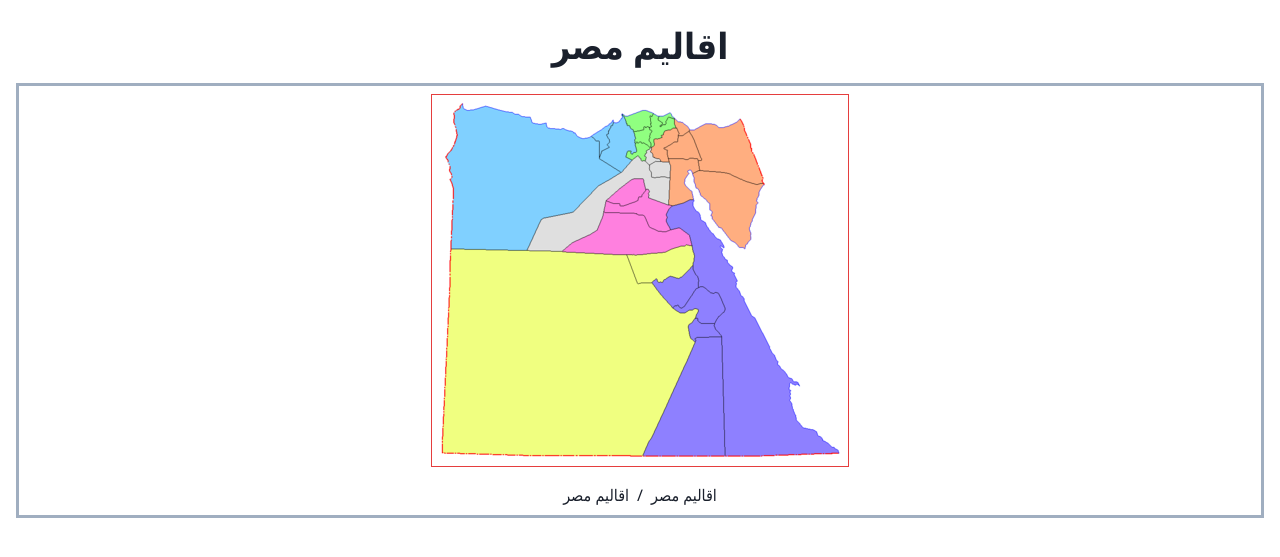
Repository: ahmed-mohamed-eng/egypt-gov-map
Page: /
An editor plug-in stored every save of this project. The page is shown before and after the next save, followed by the edit.
The browser window is 1280 px wide. The pictures show the whole page.
Some web fonts or font styles are not loaded; a fallback is used. The project was rebuilt for these pictures with package versions that can differ from the ones it lists, and the page was loaded fresh each time. The framework's server and built-in components were replaced by stand-ins that run in the browser. Also part of the build but not shown: next.config.js.

Above is the page before, as saved 2022-05-28 14:05:30.

### pages/_app.tsx
import "../styles/globals.css";

import type { AppProps } from "next/app";

import { ChakraProvider, extendTheme } from "@chakra-ui/react";

const theme = extendTheme({
  fonts: {
    heading: `"Aref Ruqaa" ,'Segoe UI', Tahoma, Geneva, Verdana, sans-serif`,
  }
});

function MyApp({ Component, pageProps }: AppProps) {
  return (
    <ChakraProvider theme={theme}>
      <Component {...pageProps} />
    </ChakraProvider>
  );
}

export default MyApp;

### pages/_document.tsx
import Document, {
  Html,
  Head,
  Main,
  NextScript,
  DocumentContext,
} from "next/document";

class MyDocument extends Document {
  static async getInitialProps(ctx: DocumentContext) {
    const initialProps = await Document.getInitialProps(ctx);
    return { ...initialProps };
  }

  render() {
    return (
      <Html dir="rtl" lang="ar">
        <Head />
        <body>
          <Main />
          <NextScript />
        </body>
      </Html>
    );
  }
}

export default MyDocument;

### pages/index.tsx
import type { NextPage } from "next";

// Custom Components
import Header from "../components/Header";
import PageContainer from "../components/PageContainer";
import MainContentArea from "../components/MainContentArea";

const Home: NextPage = () => {
  return (
    <PageContainer>
      <Header headerTitle="اقاليم مصر" />
      <MainContentArea />
    </PageContainer>
  );
};

export default Home;

### styles/globals.css
@import url('https://fonts.googleapis.com/css2?family=Aref+Ruqaa:wght@400;700&display=swap');

@tailwind base;
@tailwind components;
@tailwind utilities;

html,
body {
  padding: 0;
  margin: 0;
  font-family: -apple-system, BlinkMacSystemFont, Segoe UI, Roboto, Oxygen,
    Ubuntu, Cantarell, Fira Sans, Droid Sans, Helvetica Neue, sans-serif;
}

a {
  color: inherit;
  text-decoration: none;
}

* {
  box-sizing: border-box;
  font-family: "Aref Ruqaa" ,'Segoe UI', Tahoma, Geneva, Verdana, sans-serif;
}

### components/Header/index.tsx
export { Header as default } from "./Header";

### components/PageContainer/index.tsx
export { PageContainer as default } from "./PageContainer";

### components/MainContentArea/index.tsx
export { MainContentArea as default } from "./MainContentArea";

### components/Header/Header.tsx
import { Flex, Heading } from "@chakra-ui/react";

export interface HeaderProps {
  headerTitle: string;
}

export const Header = (props: HeaderProps) => {
  return (
    <Flex
      as="header"
      justifyContent="center"
      alignItems="center"
      fontSize="1.5rem"
      fontFamily="arabic"
    >
      <Heading as="h1">{props.headerTitle}</Heading>
    </Flex>
  );
};

### components/PageContainer/PageContainer.tsx
import { VStack } from "@chakra-ui/react"

export const PageContainer = (props: any) => {
  return (
    <VStack py="1.5rem" px="1rem" spacing="1rem">
        {props.children}
    </VStack>
  )
}

### components/MainContentArea/MainContentArea.tsx
import { VStack } from "@chakra-ui/react";

// Custom Components.
import MapArea from "./MapArea";
import QuickNavigationArea from "./QuickNavigationArea";

export const MainContentArea = () => {
  return (
    <VStack
      as="main"
      w="full"
      p="0.5rem"
      spacing="1rem"
      borderWidth="medium"
      borderColor="gray.400"
    >
      <MapArea />
      <QuickNavigationArea
        breadcrumbItems={[
          {
            text: "اقاليم مصر",
            url: "#",
          },
          {
            text: "اقاليم مصر",
            url: "#",
          },
        ]}
      />
    </VStack>
  );
};

### components/MainContentArea/MapArea/index.tsx
export { MapArea as default } from "./MapArea";

### components/MainContentArea/QuickNavigationArea/index.tsx
export { QuickNavigationArea as default } from "./QuickNavigationArea";

### components/MainContentArea/MapArea/MapArea.tsx
import { VStack } from "@chakra-ui/react";

// Custom Components.
import MapImage from "./MapImage";

export const MapArea = () => {
  return (
    <VStack w="full" spacing="0.5rem">
      <MapImage />
    </VStack>
  );
};

### components/MainContentArea/QuickNavigationArea/QuickNavigationArea.tsx
import { v4 as uuidV4 } from "uuid";

import { Breadcrumb, BreadcrumbItem, BreadcrumbLink } from "@chakra-ui/react";

export type BreadcrumbElement = {
  url: string;
  text: string;
};

export interface QuickNavigationAreaProps {
  breadcrumbItems: Array<BreadcrumbElement>;
}

export const QuickNavigationArea = (props: QuickNavigationAreaProps) => {
  const breadcrumbItems = props.breadcrumbItems.map((item) => {
    return (
      <BreadcrumbItem key={uuidV4()}>
        <BreadcrumbLink href={item.url}>{item.text}</BreadcrumbLink>
      </BreadcrumbItem>
    );
  });

  return <Breadcrumb>{breadcrumbItems}</Breadcrumb>;
};

### components/MainContentArea/MapArea/MapImage/index.tsx
export { MapImage as default } from "./MapImage";

### components/MainContentArea/MapArea/MapImage/MapImage.tsx
import React from "react";

import { Flex, Image } from "@chakra-ui/react";

// Images Sources.
import mapImage from "../../../../images/Egypt_Provinces.webp";

export const MapImage = () => {
  return (
    <Flex borderWidth="thin" borderColor="red.500" p="0.5rem">
      <Image mixBlendMode="multiply" src={mapImage.src} alt="Egypt Province Map" />
    </Flex>
  );
};

Loaded but not shown: tailwind.config.js (common file)

After the next save:
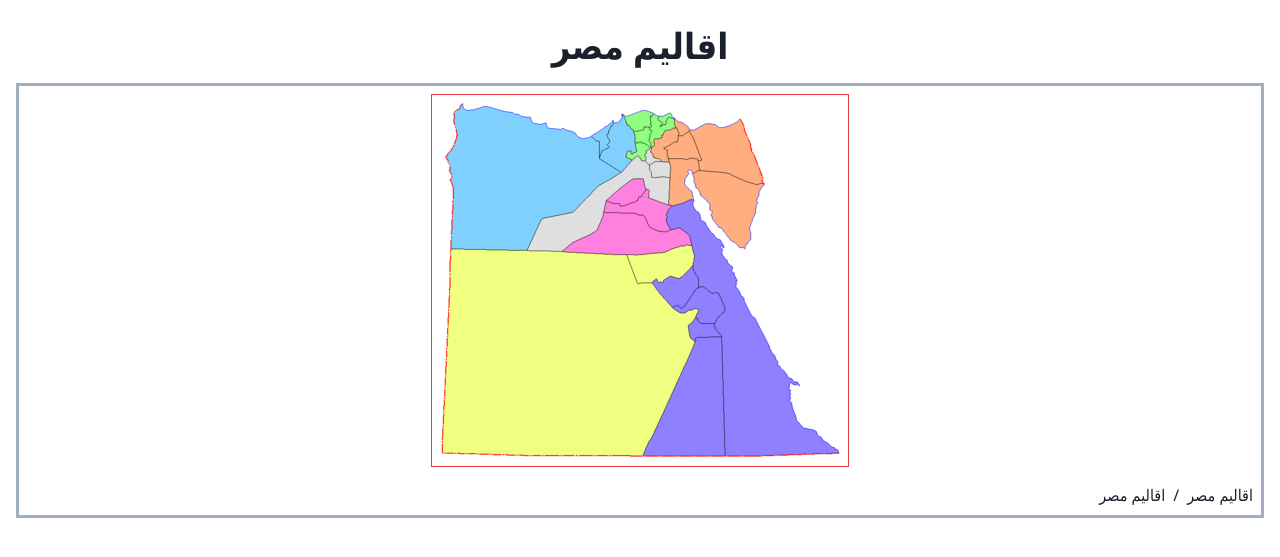
Saved 10 s later.
--- a/components/MainContentArea/QuickNavigationArea/QuickNavigationArea.tsx
+++ b/components/MainContentArea/QuickNavigationArea/QuickNavigationArea.tsx
@@ -20,5 +20,5 @@ export const QuickNavigationArea = (props: QuickNavigationAreaProps) => {
     );
   });
 
-  return <Breadcrumb>{breadcrumbItems}</Breadcrumb>;
+  return <Breadcrumb w="full">{breadcrumbItems}</Breadcrumb>;
 };
